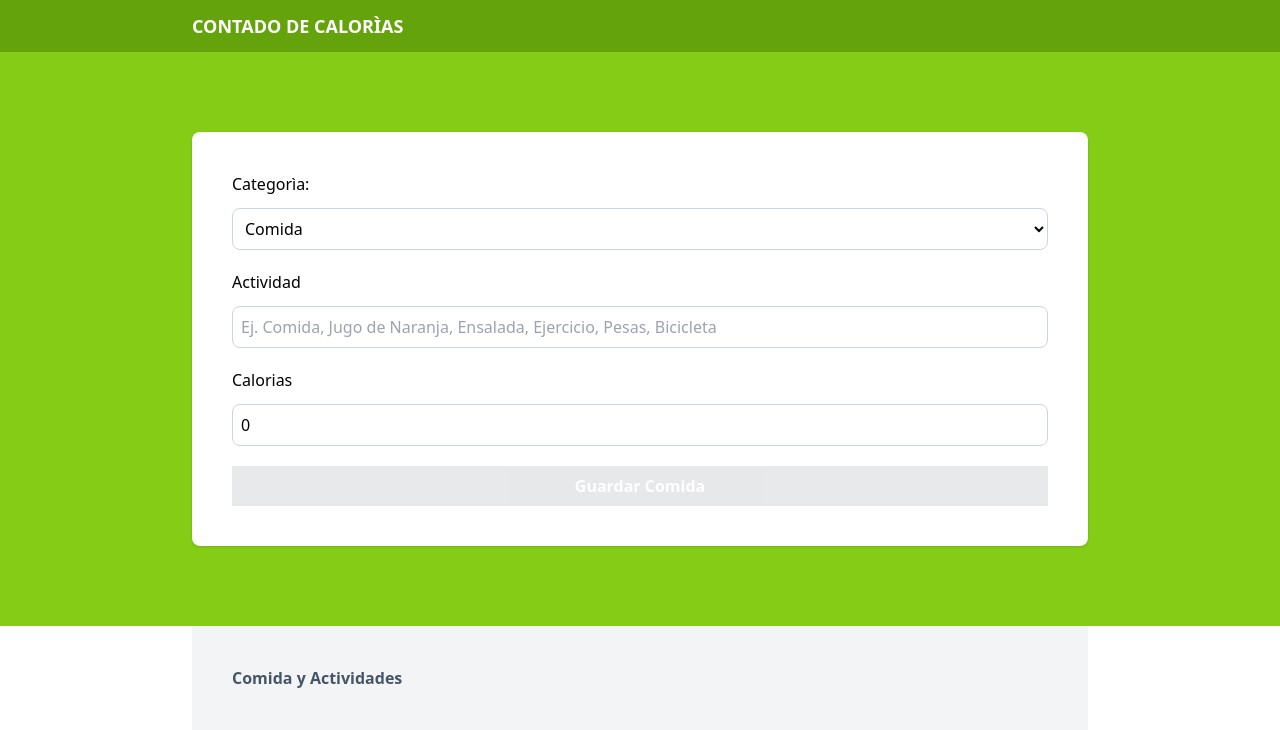
Repository: Matiiu/calorie-tracker
Page: /
These files come from the project's save history. The page is drawn as it stood at one moment and after the next save; the edit follows.
The browser window is 1280 px wide. The pictures show the whole page.
The project was rebuilt for these pictures with package versions that can differ from the ones it lists, and the page was loaded fresh each time. Also part of the build but not shown: vite.config.ts.

Above is the page before, as saved 2024-04-01 13:18:35.

### index.html
<!doctype html>
<html lang="en">
  <head>
    <meta charset="UTF-8" />
    <link rel="icon" type="image/svg+xml" href="/vite.svg" />
    <meta name="viewport" content="width=device-width, initial-scale=1.0" />
    <title>Contador de Calorías - React</title>
  </head>
  <body>
    <div id="root"></div>
    <script type="module" src="/src/main.tsx"></script>
  </body>
</html>

### src/App.tsx
import { useReducer } from "react";

import Header from "./components/Header";
import Form from "./components/Form";
import ActivityList from "./components/ActivityList";

import { activityReducer, initialState } from "./reducers/activityReducer";
export default function App() {
  const [state, dispatch] = useReducer(activityReducer, initialState);
  console.log({state})
  console.log(state.activities)


  return (
    <>
      <Header />

      <section className="bg-lime-500 py-20 px-5">
        <div className="max-w-4xl mx-auto">
          <Form
            dispatch={dispatch}
          />
        </div>
      </section>

      <section className="p-10 mx-auto max-w-4xl bg-gray-100">
        <ActivityList activities={state.activities} />
      </section>
    </>
  );
}

### src/components/Header.tsx
export default function Header() {
  return (
    <header className="bg-lime-600 py-3">
      <div className="max-w-4xl mx-auto flex justify-between">
        <h1 className="text-center text-lg font-bold text-white uppercase">
          Contado de Calorìas
        </h1>
      </div>
    </header>
  );
}

### src/components/Form.tsx
import { useState, ChangeEvent, FormEvent, Dispatch } from "react";
import { v4 as uuid } from "uuid";

import { categories } from "../data/categories";
import type { Activity } from "../types";
import { ActivityActions } from "../reducers/activityReducer";

type FormProps = {
  dispatch: Dispatch<ActivityActions>;
};

export default function Form({ dispatch }: FormProps) {
  const initialState: Activity = {
    id: uuid(),
    category: 1,
    activityName: "",
    calories: 0,
  };

  // Convertimos las calorías en un objeto donde el id en la llave y el nombre el valor
  const categoriesObject = categories.reduce(
    (accumulator: Record<number, string>, current) => {
      accumulator[current.id] = current.name;
      return accumulator;
    },
    {}
  );

  const [activity, setActivity] = useState<Activity>({ ...initialState });

  const handleChange = (
    e: ChangeEvent<HTMLInputElement | HTMLSelectElement>
  ) => {
    // Validamos si es un campo numérico
    const isNumberFiled = ["category", "calories"].includes(e.target.id);
    // Si lo es convertimos el dato a numérico
    setActivity({
      ...activity,
      [e.target.id]: isNumberFiled ? +e.target.value : e.target.value,
    });
  };

  const isValidateActivity = () => {
    const { activityName, calories } = activity;
    // Validamos que el campo actividad y calorías estén diligenciados
    return !!(activityName || "").trim() && calories > 0;
  };



  const nameSubmit = () => {
    // Accedemos a la posición llave de nuestro objeto categoriesObject con el valor de activity.category y retornamos el valor
    return `Guardar ${categoriesObject[activity.category]}`;
  };

  const handleSubmit = (e: FormEvent<HTMLFormElement>) => {
    e.preventDefault();
    dispatch({
      type: "save-activity",
      payload: { newActivity: activity },
    });
    // Limpiar el formulario una vez enviado
    setActivity({ ...initialState });
  };

  return (
    <form
      onSubmit={handleSubmit}
      className="space-y-5 bg-white shadow p-10 rounded-lg"
    >
      <div className="grid grid-cols-1 gap-3">
        <label htmlFor="category">Categorìa:</label>
        <select
          name="category"
          id="category"
          className="border border-slate-300 p-2 rounded-lg w-full bg-white"
          value={activity.category}
          onChange={handleChange}
        >
          {categories.map((category) => (
            <option key={category.id} value={category.id}>
              {category.name}
            </option>
          ))}
        </select>
      </div>

      <div className="grid grid-cols-1 gap-3">
        <label htmlFor="activityName">Actividad</label>
        <input
          id="activityName"
          name="activityName"
          type="text"
          className="border border-slate-300 p-2 rounded-lg"
          placeholder="Ej. Comida, Jugo de Naranja, Ensalada, Ejercicio, Pesas, Bicicleta"
          value={activity.activityName}
          onChange={handleChange}
        />
      </div>

      <div className="grid grid-cols-1 gap-3">
        <label htmlFor="calories">Calorias</label>
        <input
          id="calories"
          name="calories"
          type="number"
          className="border border-slate-300 p-2 rounded-lg"
          placeholder="Ej. 300 o 500"
          min={0}
          value={activity.calories}
          onChange={handleChange}
        />
      </div>

      <input
        type="submit"
        className="bg-gray-800 hover:bg-gray-900 w-full p-2 font-bold text-white cursor-pointer disabled:opacity-10 disabled:cursor-auto"
        value={nameSubmit()}
        disabled={!isValidateActivity()}
      />
    </form>
  );
}

### src/components/ActivityList.tsx
import { Activity } from "../types";
import { categories } from "../data/categories";

type ActivityListprops = {
  activities: Activity[];
};

export default function ActivityList({ activities }: ActivityListprops) {
  // Convertimos las calorías en un objeto donde el id en la llave y el nombre el valor
  const categoriesObject = categories.reduce(
    (accumulator: Record<number, string>, current) => {
      accumulator[current.id] = current.name;
      return accumulator;
    },
    {}
  );

  const categoryName = (activityId: number) => {
    // Accedemos a la posición llave de nuestro objeto categoriesObject con el valor de activity.category y retornamos el valor
    return categoriesObject[activityId];
  };

  return (
    <>
      <h2 className="text-4-xl font-bold text-slate-600 text-cente">
        Comida y Actividades
      </h2>

      {activities.map((activity) => (
        <div
          key={activity.id}
          className="px-5 py-10 bg-white mt-5 flex justify-between"
        >
          <div className="space-y-2 relative">
            <p
              className={`absolute -top-8 -left-8 px-10 py-2 text-white uppercase font-bold ${
                activity.category === 1 ? "bg-lime-500" : "bg-orange-500"
              }`}
            >
              {categoryName(activity.category)}
            </p>
            <p className="text-2xl font-bold">{activity.activityName}</p>
            <p className="font-black text-4xl text-lime-500">
              {" "}
              {activity.calories}
            </p>
          </div>

          <div></div>
        </div>
      ))}
    </>
  );
}

### src/reducers/activityReducer.ts
import type { Activity } from "../types";

export type ActivityActions = {
  type: "save-activity";
  payload: {
    newActivity: Activity;
  };
};

type ActivityState = {
  activities: Activity[];
};

export const initialState: ActivityState = {
  activities: [],
};

export function activityReducer(
  state: ActivityState = initialState,
  action: ActivityActions,
) {
  if (action.type === "save-activity") {
    console.log(action.payload.newActivity);

    return {
        ...state,
        activities: [...state.activities, action.payload.newActivity],
      };
  }
  return state;
}

### src/data/categories.ts
import { Category } from "../types";

export const categories: Category[] = [
  { id: 1, name: "Comida" },
  { id: 2, name: "Ejercicio" },
];

Loaded but not shown: src/main.tsx (common file); src/index.css (common file); tailwind.config.js (common file)

After the next save:
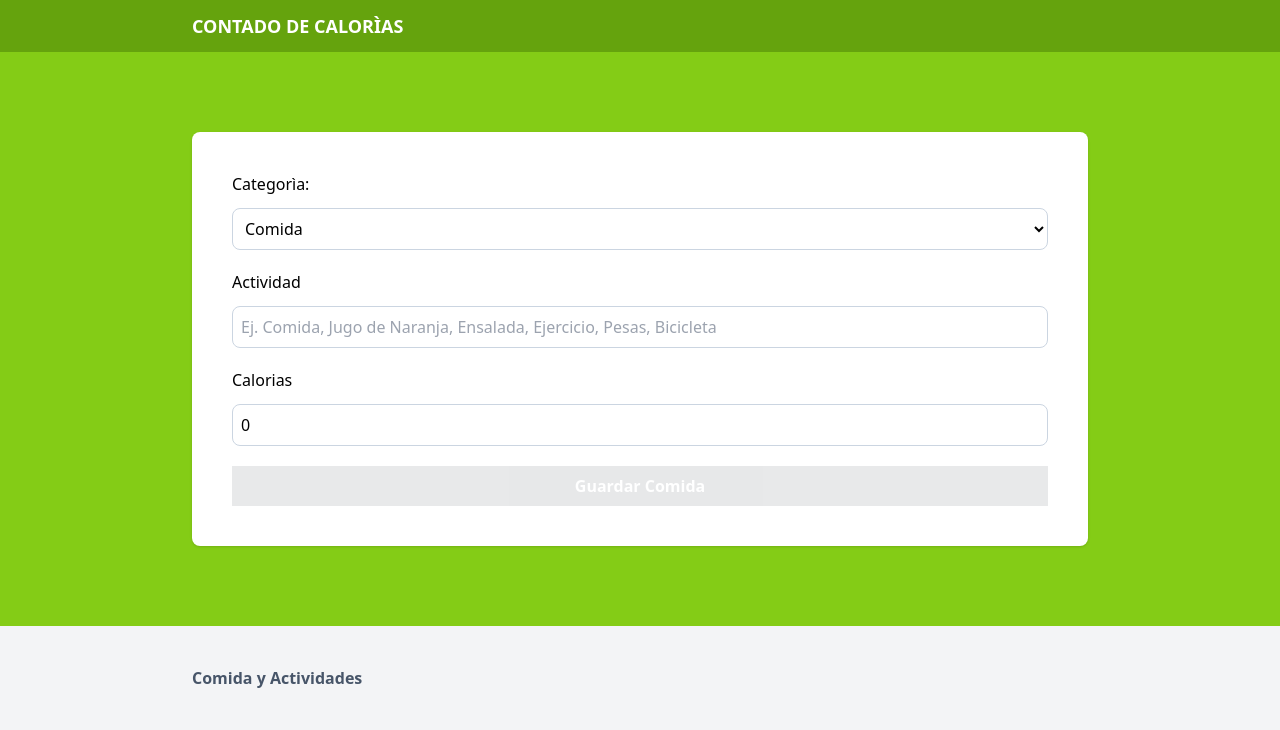
Saved 104 s later.
--- a/src/App.tsx
+++ b/src/App.tsx
@@ -23,8 +23,10 @@ export default function App() {
         </div>
       </section>
 
-      <section className="p-10 mx-auto max-w-4xl bg-gray-100">
-        <ActivityList activities={state.activities} />
+      <section className="p-10 bg-gray-100">
+        <div className="mx-auto max-w-4xl">
+          <ActivityList activities={state.activities} />
+        </div>
       </section>
     </>
   );
